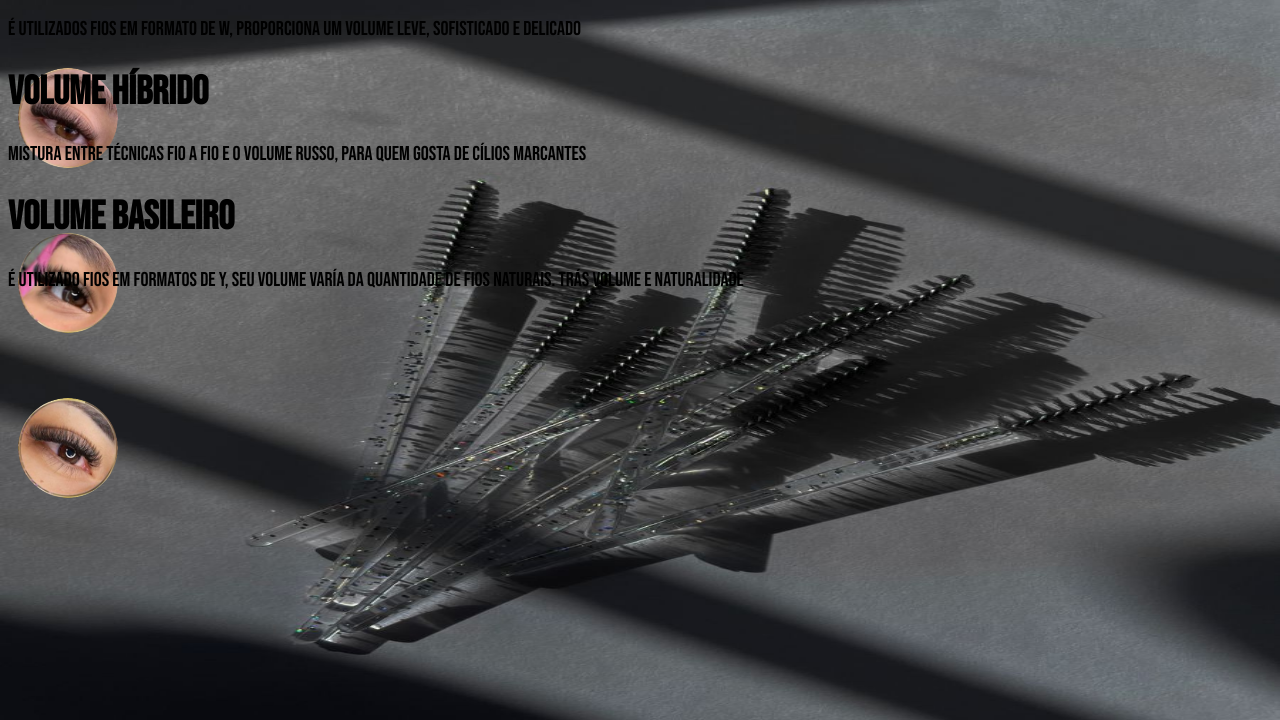
Repository: ketlyn-lash-designer/Ketlyn_Lash_Designer
Page: src/Pages/Modelos.html
The author's editor kept a copy of each file at every save. The page is drawn from the files as they stood at one save, then again after the next save.
The browser window is 1280 px wide. The pictures show the whole page.

Above is the page before, as saved 2024-03-29 21:49:38.

After the next save:
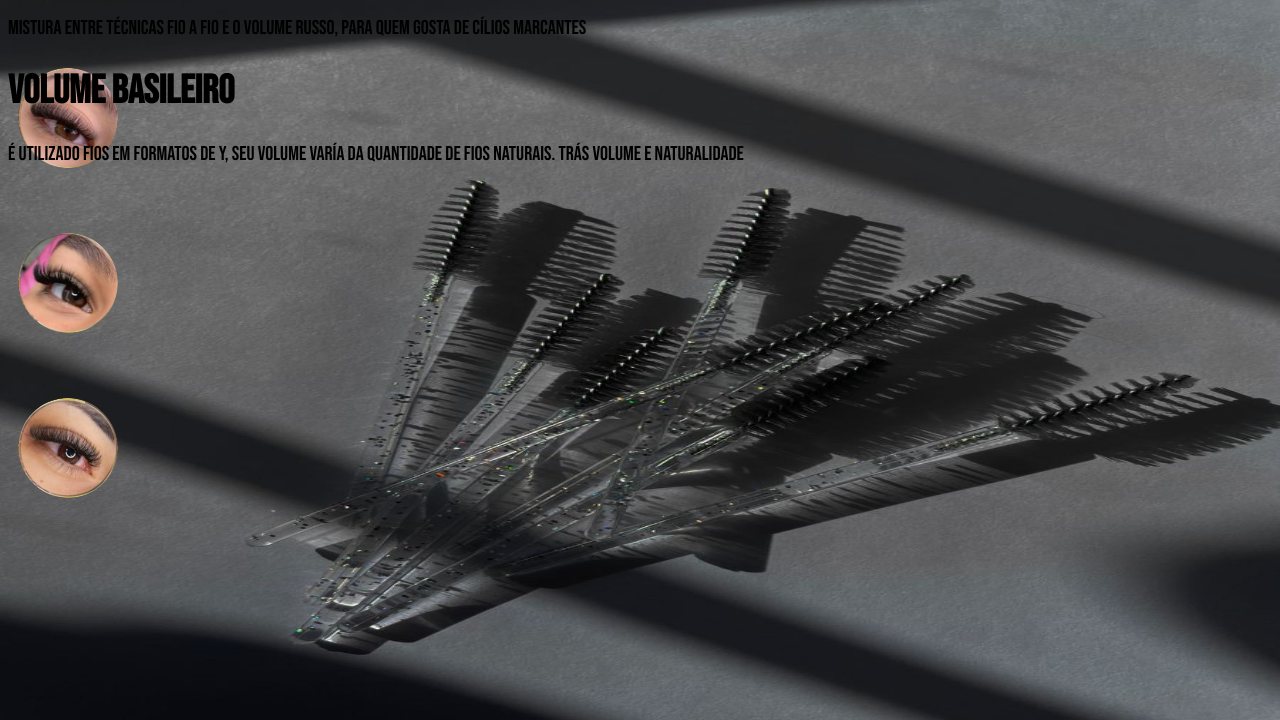
Saved 10 s later.
--- a/src/Styles/Modelos.css
+++ b/src/Styles/Modelos.css
@@ -23,7 +23,7 @@
 }
 
 #descricao {
-	margin-top: -20%;
+	margin-top: -30%;
 	h1 {
 		font-size: 40px;
 	}
